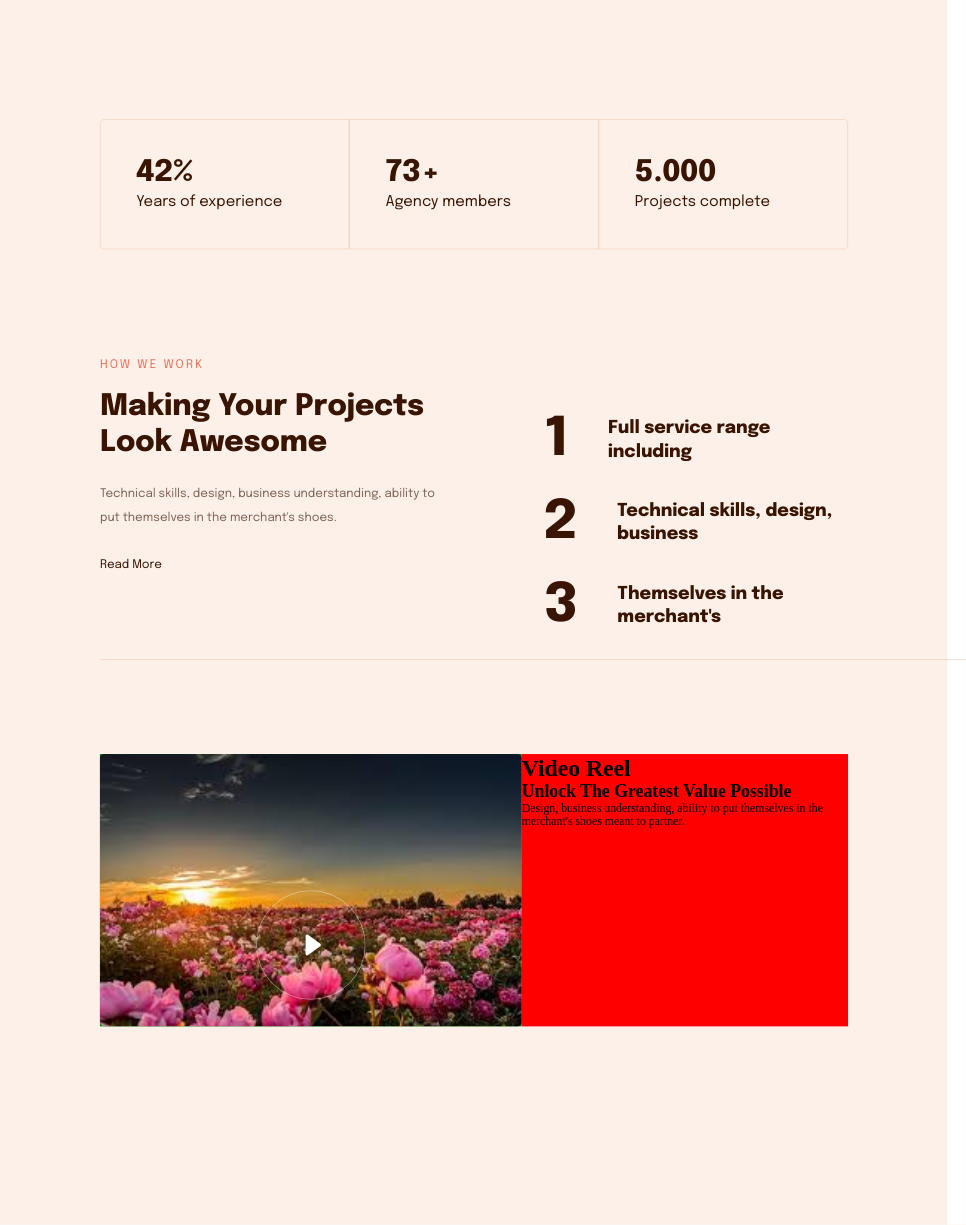
Repository: AytacJafarova/task2
Page: index.html
The author's editor kept a copy of each file at every save. The page is drawn from the files as they stood at one save, then again after a run of saves.
The browser window is 1280 px wide. The page is 1305 px wide, so the pictures cover 1305 px, including what lies to the right of the window. The pictures show the whole page, at 74% of full size.

Above is the page before, as saved 2023-08-01 14:33:34.

### index.html
<!DOCTYPE html>
<html lang="en">

<head>
    <meta charset="UTF-8">
    <meta name="viewport" content="width=device-width, initial-scale=1.0">
    <title>Document</title>
    <link rel="stylesheet" href="./index.css">
</head>

<body>
    <div class="container">
        <div class="projects">
            <ul>
                <li>

                    <h1>42%</h1>
                    <p>Years of experience</p>
                </li>
                <li>
                    <h1>73+</h1>
                    <p>Agency members</p>
                </li>
                <li>
                    <h1>5.000</h1>
                    <p>Projects complete</p>
                </li>
            </ul>
        </div>
        <div class="work">
            <div class="box1">
                <h1>How we work</h1>
                <h2>Making Your Projects <br> Look Awesome</h2>
                <p>Technical skills, design, business understanding, ability to put themselves in the
                    merchant's shoes.</p>
                <a href="#">Read More</a>
            </div>
            <div class="box2">
                <ul>
                    <li>
                        <h1>1</h1>
                        <p>Full service range including</p>
                    </li>
                    <li>
                        <h1>2</h1>
                        <p>Technical skills, design, business</p>
                    </li>
                    <li>
                        <h1>3</h1>
                        <p>Themselves in the merchant's</p>
                    </li>
                </ul>
            </div>
        </div>
        <div class="border"></div>
        <div class="video">
            <div class="video-img">
                <img class="first" src="./images/images.jpg" alt="">
                <img class="second" src="./images/play.svg" alt="">
            </div>
            <div class="texts">
                <h1>Video Reel</h1>
                <h2>Unlock The Greatest Value Possible</h2>
                <p>Design, business understanding, ability to put themselves in the merchant's shoes meant to partner.
                </p>
            </div>
        </div>
    </div>
</body>

</html>

### index.css
@import url("https://fonts.googleapis.com/css2?family=Epilogue:wght@400;800&display=swap");
* {
  padding: 0;
  margin: 0;
  box-sizing: border-box;
}
.container {
  padding: 161px 134px 268px 135px;
  background: #fdf0e9;
}
.projects ul {
  display: flex;
  /* border-radius: 6px 0px 0px 6px; */
}
.projects ul li {
  display: flex;
  flex-direction: column;
  justify-content: center;
  list-style-type: none;
  border: 1px solid #f3d1bf;
  width: 33.33%;
  height: 176px;
  padding-left: 48px;
}
.projects li:first-child {
  border-radius: 6px 0px 0px 6px;
}
.projects li:last-child {
  border-radius: 0px 6px 6px 0px;
}

.projects ul li h1 {
  color: var(--text-dark, #391400);
  font-feature-settings: "clig" off, "liga" off;
  font-family: Epilogue;
  font-size: 40px;
  font-style: normal;
  font-weight: 800;
  line-height: 48px;
}
.projects ul li p {
  color: var(--text-dark, #391400);
  font-feature-settings: "clig" off, "liga" off;
  font-family: Epilogue;
  font-size: 20px;
  font-style: normal;
  font-weight: 400;
  line-height: 32px;
}
.work {
  display: flex;
  margin-top: 140px;
}
.box1 h1 {
  color: var(--text-dark-accent, #ef6d58);
  font-feature-settings: "clig" off, "liga" off;
  font-family: Epilogue;
  font-size: 16px;
  font-style: normal;
  font-weight: 400;
  line-height: 32px;
  letter-spacing: 3px;
  text-transform: uppercase;
  margin-bottom: 17px;
}
.box1 h2 {
  color: var(--text-dark, #391400);
  font-feature-settings: "clig" off, "liga" off;
  font-family: Epilogue;
  font-size: 40px;
  font-style: normal;
  font-weight: 800;
  line-height: 48px;
  margin-bottom: 30px;
}
.box1 p {
  width: 470px;
  height: 68px;
  flex-shrink: 0;
  color: var(--text-dark-gray, rgba(57, 20, 0, 0.64));
  font-feature-settings: "clig" off, "liga" off;
  font-family: Epilogue;
  font-size: 16px;
  font-style: normal;
  font-weight: 400;
  line-height: 32px;
  margin-bottom: 28px;
}
.box1 a {
  color: var(--text-dark, #391400);
  font-feature-settings: "clig" off, "liga" off;
  font-family: Epilogue;
  font-size: 16px;
  font-style: normal;
  font-weight: 400;
  line-height: 32px;
  text-decoration: none;
}
.box2 {
  display: flex;
  margin-left: 130px;
  margin-top: 78px;
}
.box2 ul li {
  display: flex;
  align-items: center;
  list-style-type: none;
  margin-bottom: 32px;
}
.box2 ul li h1 {
  margin-right: 55px;
  color: #391400;
  font-feature-settings: "clig" off, "liga" off;
  font-family: Epilogue;
  font-size: 72px;
  font-style: normal;
  font-weight: 800;
  line-height: 80px;
  letter-spacing: -2px;
}
.box2 ul li p {
  color: var(--text-dark, #391400);
  font-feature-settings: "clig" off, "liga" off;
  font-family: Epilogue;
  font-size: 24px;
  font-style: normal;
  font-weight: 700;
  line-height: 32px;
}
.border {
  width: 1170px;
  height: 1px;
  flex-shrink: 0;
  background: #f3d1bf;
}
.video {
  display: flex;
  margin-top: 127px;
}
.video .texts{
    background-color: red;
}
.video-img{
    width: 570px;
    height: 368px;
background-color: green;
position: relative;
}
.video .video-img .first {
  width: 570px;
  height: 368px;
  flex-shrink: 0;
  border-radius: 6px;
}
.video .video-img .second {
  width: 148px;
  height: 148px;
  flex-shrink: 0;
  color: #FFFF;
  margin-bottom: 0;
  position: absolute;
 left: 50%;
 top: 50%;
 transform: translate(-50%);

}
.video-img {
  /* position: relative; */
}

After the next 3 saves:
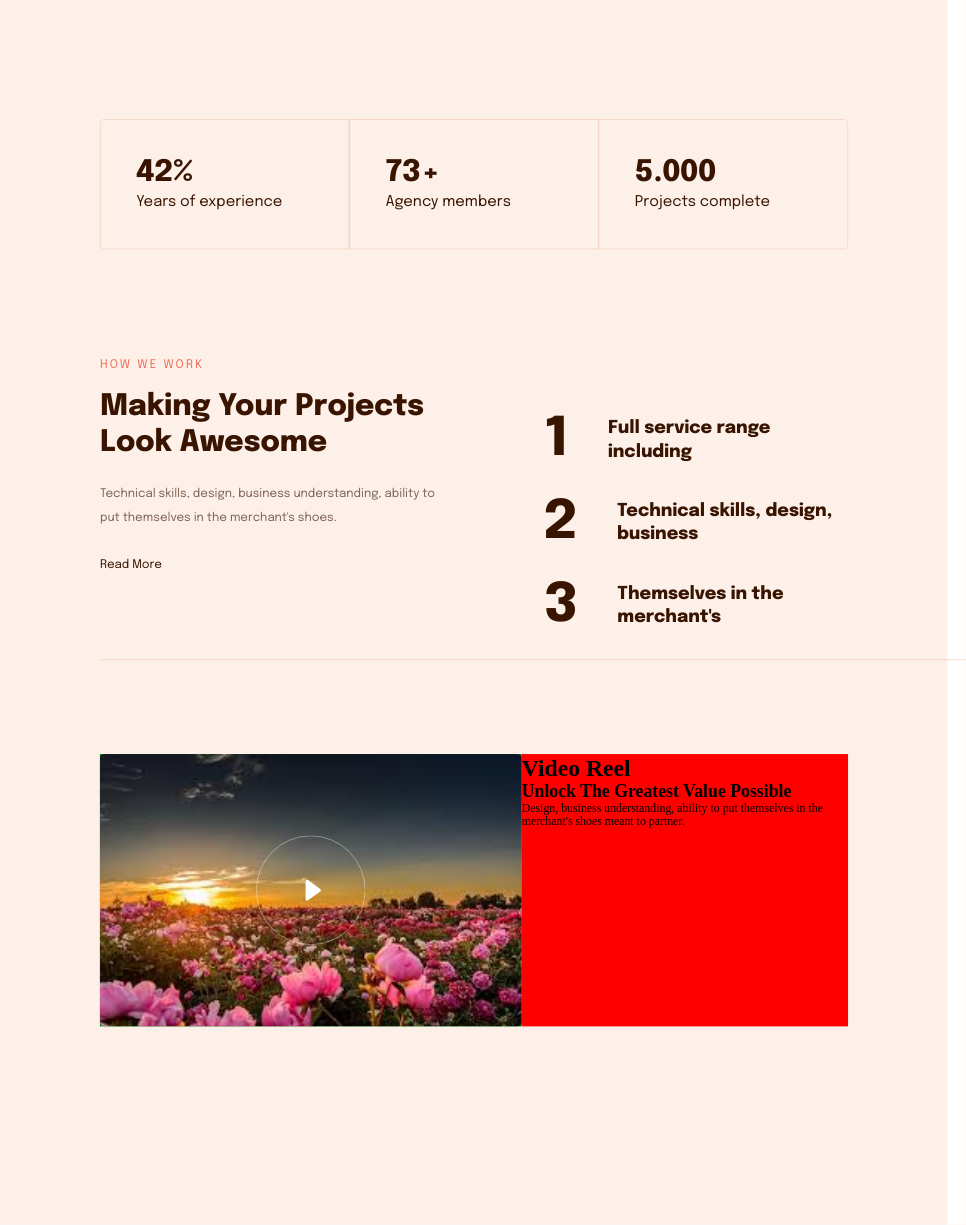
The 3 saves are shown as one change because they came seconds apart.
The last was saved 8 s later.
--- a/index.css
+++ b/index.css
@@ -161,7 +161,7 @@ position: relative;
   position: absolute;
  left: 50%;
  top: 50%;
- transform: translate(-50%);
+ transform: translate(-50%, -50%);
 
 }
 .video-img {
